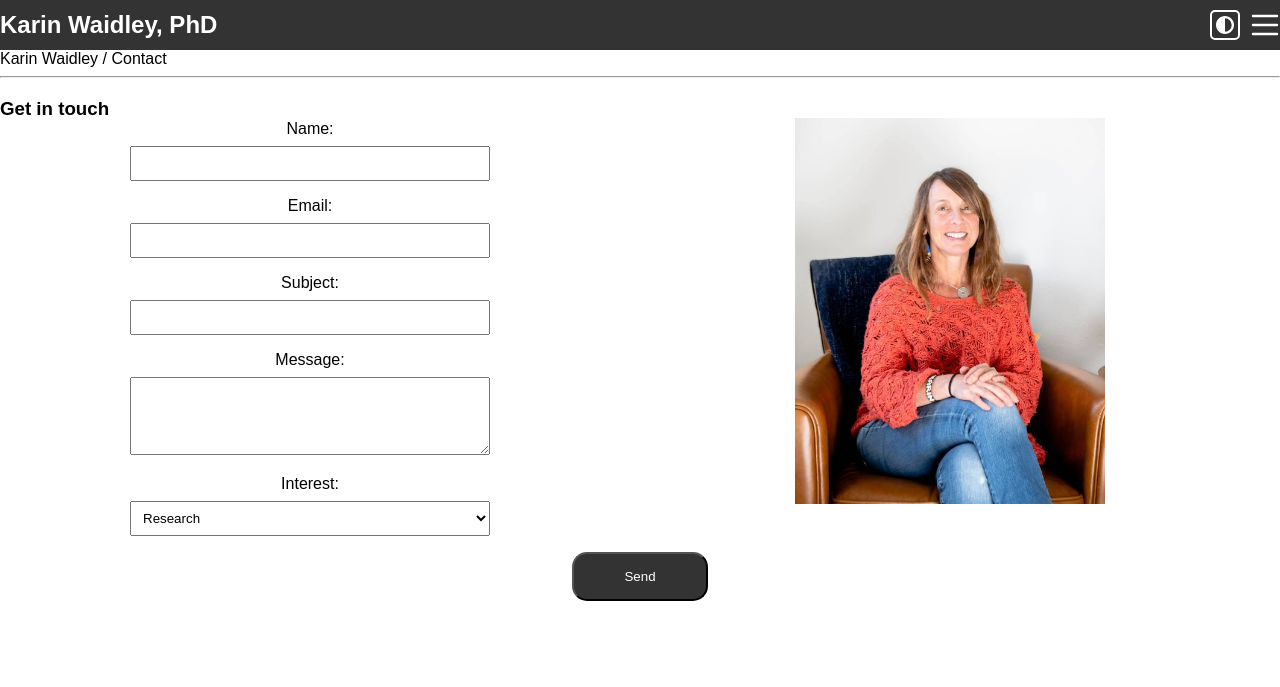
Repository: Ceasor7/Karin
Page: contact.html
These files come from the project's save history. The page is drawn as it stood at one moment and after the next save; the edit follows.
The browser window is 1280 px wide. The pictures show the whole page.

Above is the page before, as saved 2023-12-14 14:34:11.

After the next save:
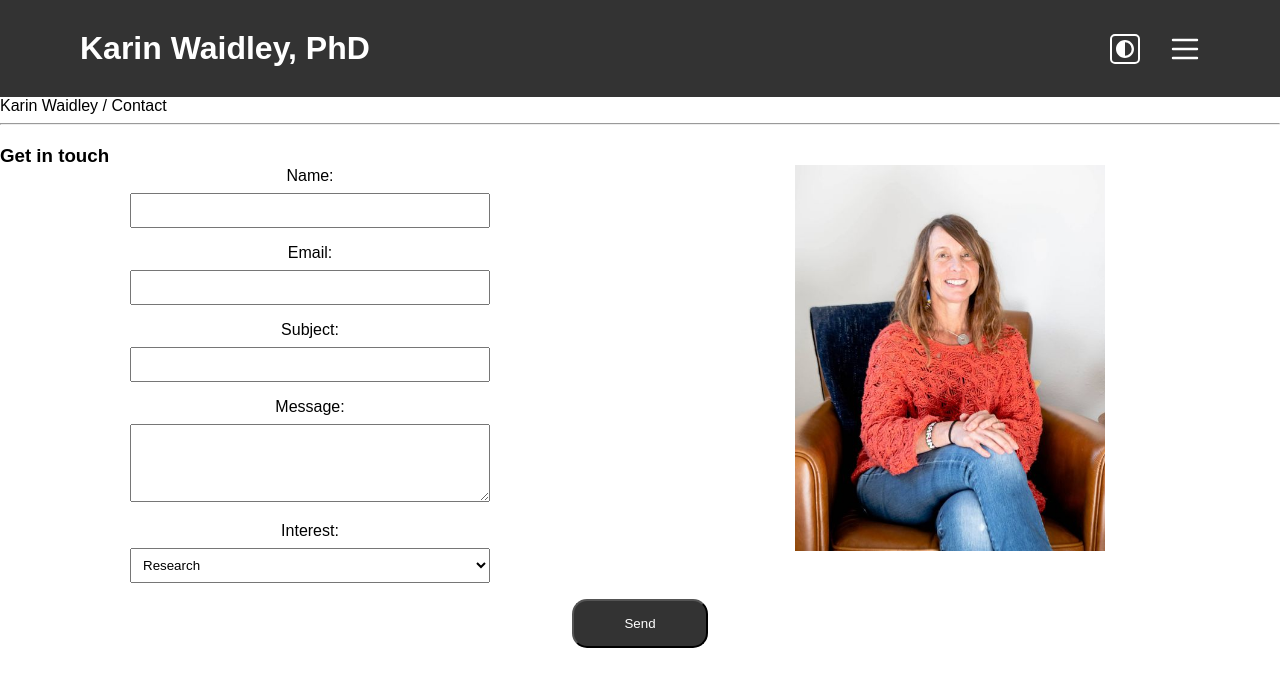
Saved 36 s later.
--- a/contact.html
+++ b/contact.html
@@ -35,10 +35,13 @@
             display: flex;
             justify-content: space-between;
             align-items: center;
+            padding: 20px;
+            margin-left: 60px;
+            margin-right: 60px;
         }
 
         .navbar-logo {
-            font-size: 1.5em;
+            font-size: 2em;
             font-weight: bold;
         }
 
@@ -56,6 +59,11 @@
             border-radius: 5px;
             width: 30px;
             height: 30px;
+        }
+
+        .dark-mode-toggle,
+        .svg-icon {
+            margin-right: 20px;
         }
 
         /* Main content styles */
